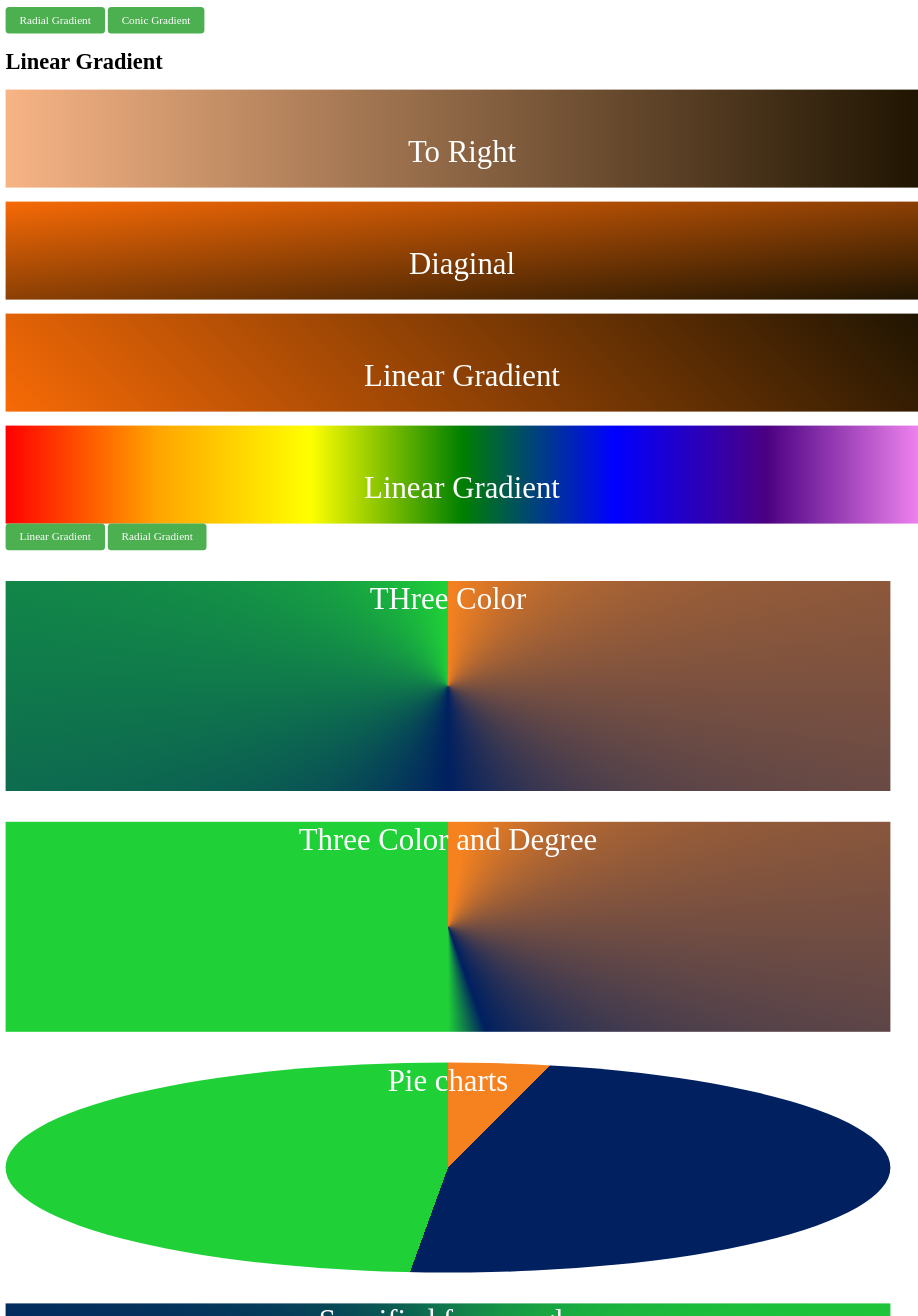
Repository: Pema-yangki/Css
Page: color.html
The author's editor kept a copy of each file at every save. The page is drawn from the files as they stood at one save, then again after the next save.
The browser window is 1280 px wide. The page is 1312 px wide, so the pictures cover 1312 px, including what lies to the right of the window. The pictures show the part of the page from y = 4620 to 6500 px (the page is 7134 px tall), at 70% of full size.

Above is the page before, as saved 2024-03-27 10:36:03.

### color.html
<!DOCTYPE html>
<html lang="en">
<head>
    <meta charset="UTF-8">
    <meta name="viewport" content="width=device-width, initial-scale=1.0">
    <title>Document</title>
    <style>
        div{
    margin-top: 20px;
    color: white;
    text-align: center;
    font-size: 44px;
}

.linear {
    background-image: linear-gradient(to right, #f7b485, #201502);
    width: 100%;
    height: 100px;
    padding: 20px;
}
.linearleft{
    background-image: linear-gradient(to bottom right, #f76a06, #201502);
    width: 100%;
    height: 100px;
    padding: 20px;
}
.angles {
    background-image: linear-gradient(45deg, #f76a06, #201502);
    width: 100%;
    height: 100px;
    padding: 20px;
}
.multi {
    background-image: linear-gradient(to right, red, orange, yellow, green, blue, indigo, violet);
    width: 100%;
    height: 100px;
    padding: 20px;
}
.styled-link {
    display: inline-block;
    padding: 10px 20px;
    background-color: #4CAF50;
    color: white;
    text-decoration: none;
    border-radius: 5px;
    transition: background-color 0.3s ease;
}

/* Hover effect */
.styled-link:hover {
    background-color: #45a049;
}

/* .linear{
    background-image: linear-gradient(to right, #ff7e5f, #feb47b);

    /* Set some additional styles for demonstration */
    /* width: 100%;
    height: 200px;
    border-radius: 10px;
    padding: 20px;
    color: white;
    text-align: center;
    font-size: 24px;
    font-family: Arial, sans-serif;
} */

.evenlyspaced {
    background-image:radial-gradient(#f6821f,#002060,#1fd137);
    height: 600px;
}
.differentlyspaced {
    background-image: radial-gradient(#f6821f
5%,#002060 15%,#1fd137 60%);
height: 600px;

}

.normal{
    background-image:
radial-gradient(at 60%
55%,#f6821f,#002060,#1fd137);
height: 600px;
}
.closest{
    background-image:
radial-gradient(closest-side at 60%
55%,#f6821f,#002060,#1fd137);
height: 600px;
}

.farther {
    background-image:
radial-gradient(farthest-side at 60%
55%,#f6821f,#002060,#1fd137);
height: 600px;
}
.closestcorner{
    background-image:
radial-gradient(closest-corner at 60%
55%,#f6821f,#002060,#1fd137);
height: 600px;
}

.Farthercorner{
    background-image:
radial-gradient(farthest-corner at 60%
55%,#f6821f,#002060,#1fd137);
height: 600px;
}

.threecolors{
    background-image:conic-gradient(#f6821f,#002060,#1fd137);
    height: 300px;}

.threecolorswithdegree{
    background-image: conic-gradient(#f6821f
10deg,#002060 160deg,#1fd137 180deg);
height: 300px;}

.piechart{
    background-image: conic-gradient(#f6821f
0deg,#f6821f 45deg,#002060 45deg,#002060
200deg,#1fd137 200deg);
border-radius: 50%;
height: 300px;
}

.withangle{
    background-image: conic-gradient(from 90deg,
#f6821f ,#002060,#1fd137);
height: 300px;
}

.center{
    background-image: conic-gradient(at 20% 25%,
#f6821f ,#002060,#1fd137);
height: 300px;
}
    </style>
</head>
<body>
    <a href="index.html" class="styled-link">Linear Gradient</a>
    <a href="conic.html" class="styled-link">Conic Gradient</a>
    <h1>Radial Gradient</h1>
    <div class="evenlyspaced">
        <p>Evenly spaced</p>
    </div>
    <div class="differentlyspaced">
        <p>Differently spaced</p>
    </div>
    <div class="normal">
        <p>normal-side</p>
    </div>
     <div class="closest">
        <p>Closest-side</p>
    </div>
    <div class="farther">
        <p>farther-side</p>
    </div>

    <div class="closestcorner">
        <p>close corner</p>
    </div>
    <div class="Farthercorner">
        <p>far corner</p>
    </div> <br>
    <a href="radianr.html" class="styled-link">Radial Gradient</a>
    <a href="conic.html" class="styled-link">Conic Gradient</a>
    <h1>Linear Gradient</h1>
    <div class="linear">
        <p>To Right</p>
    </div>
    <div class="linearleft">
        <p>Diaginal</p>
    </div>
     <div class="angles">
        <p>Linear Gradient</p>
    </div>
    <div class="multi">
        <p>Linear Gradient</p>
    </div>

    <a href="index.html" class="styled-link">Linear Gradient</a>
    <a href="radianr.html" class="styled-link">Radial Gradient</a>
    <div class="threecolors">
        <p>THree Color</p>
    </div>
    <div class="threecolorswithdegree">
        <p>Three Color and Degree</p>
    </div>
    <div class="piechart">
        <p>Pie charts</p>
    </div>
    <div class="withangle">
        <p>Specified from angle</p>
    </div>
    <div class="center">
        <p>Specified from center</p>
    </div>

</body>
</html>

After the next save:
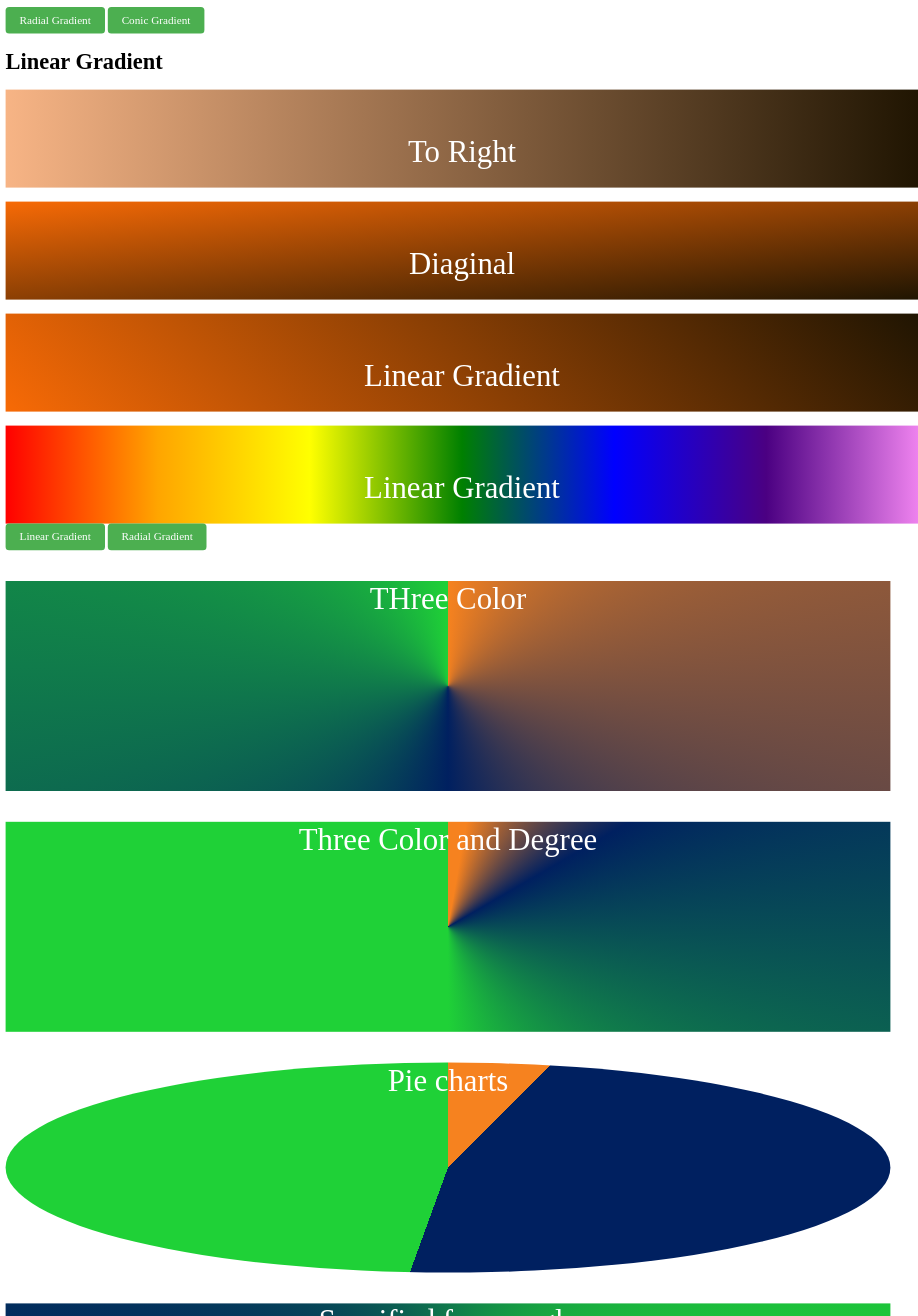
Saved 116 s later.
--- a/color.html
+++ b/color.html
@@ -115,7 +115,7 @@ height: 600px;
 
 .threecolorswithdegree{
     background-image: conic-gradient(#f6821f
-10deg,#002060 160deg,#1fd137 180deg);
+10deg,#002060 60deg,#1fd137 180deg);
 height: 300px;}
 
 .piechart{

After the save that followed:
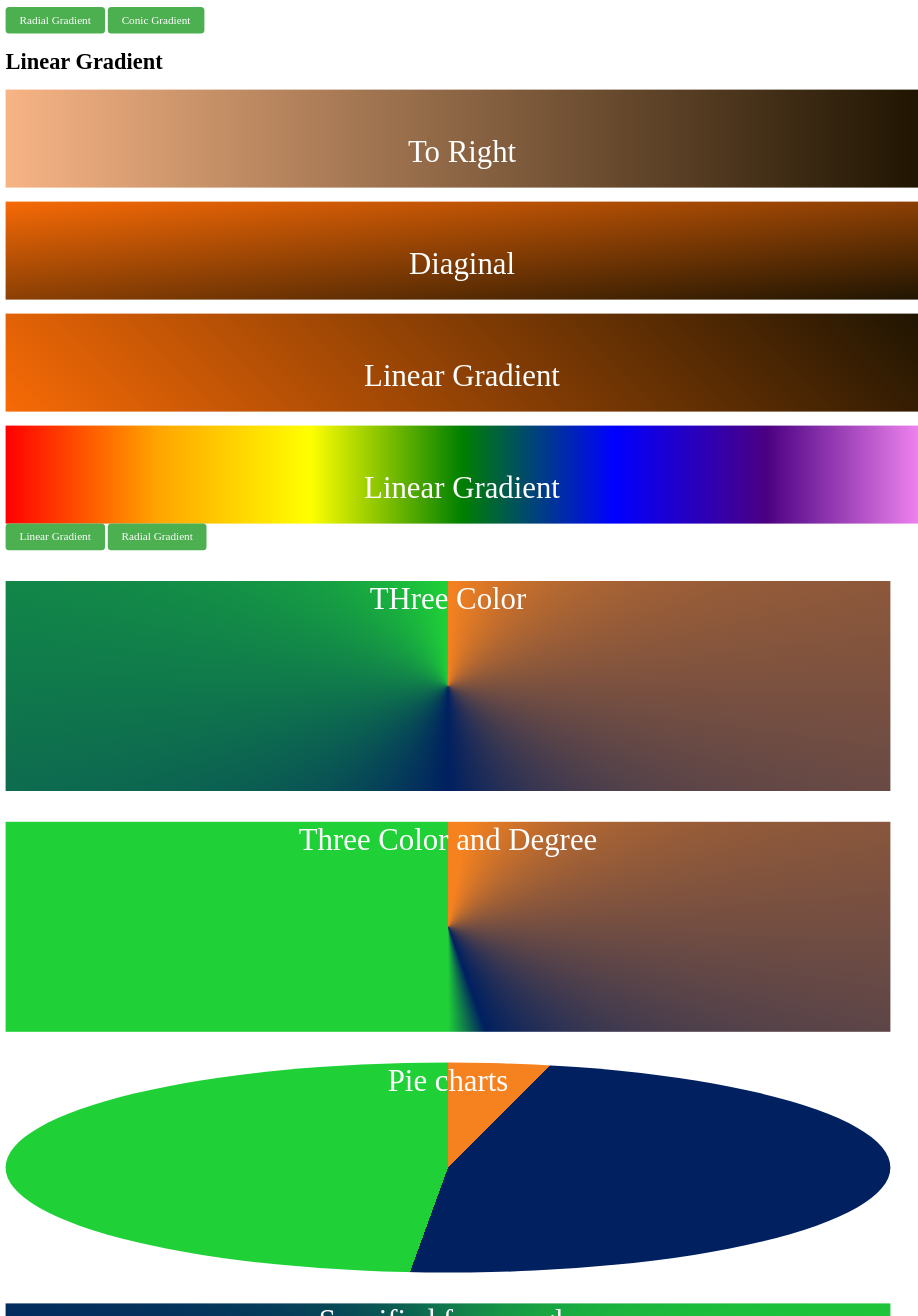
Saved 17 s later.
--- a/color.html
+++ b/color.html
@@ -115,7 +115,7 @@ height: 600px;
 
 .threecolorswithdegree{
     background-image: conic-gradient(#f6821f
-10deg,#002060 60deg,#1fd137 180deg);
+10deg,#002060 160deg,#1fd137 180deg);
 height: 300px;}
 
 .piechart{
